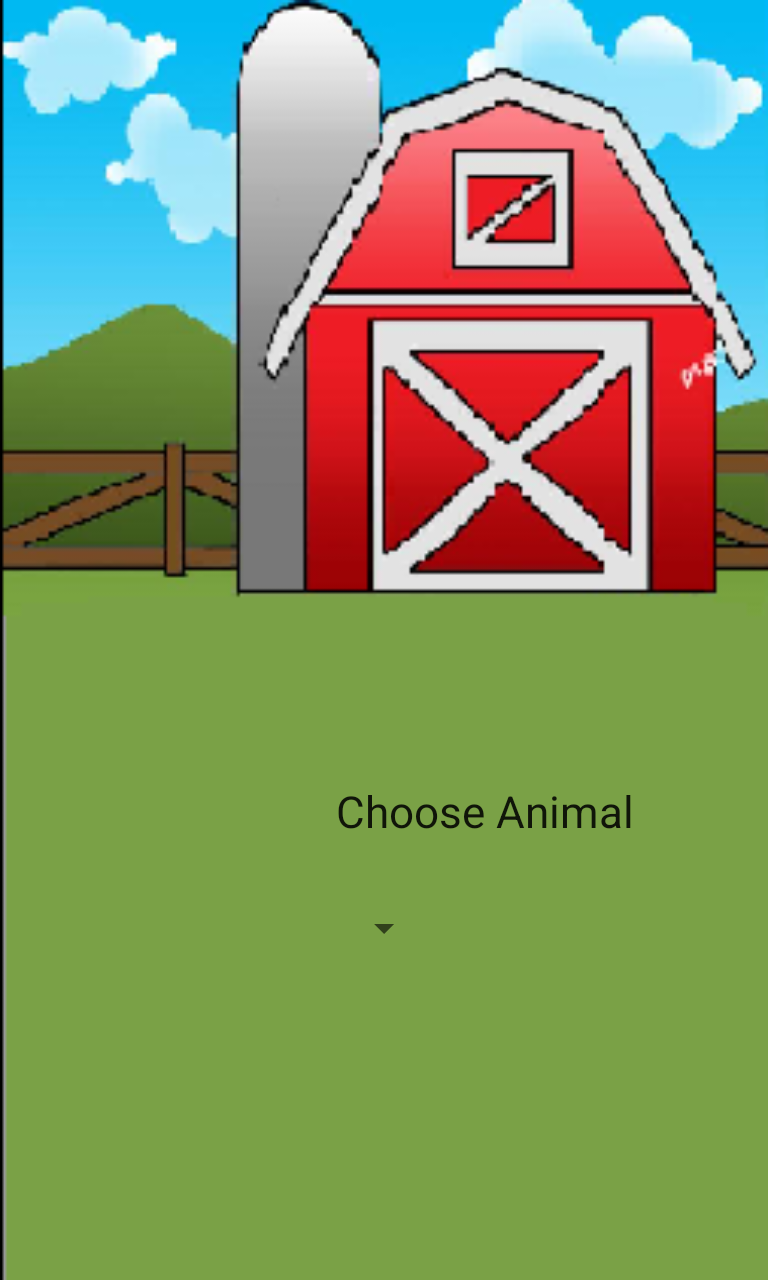
Repository: jdmielke/AnimalApp
Layout: AWEA/res/layout/activity_main.xml
These files come from the project's save history. The layout is drawn as it stood at one moment and after the next save; the edit follows.
It is drawn on a 768 x 1280 px phone screen (xhdpi) without system bars, with theme AppTheme; the app's code is not run.

Above is the layout before, as saved 2014-10-15 23:31:07.

After the next save:
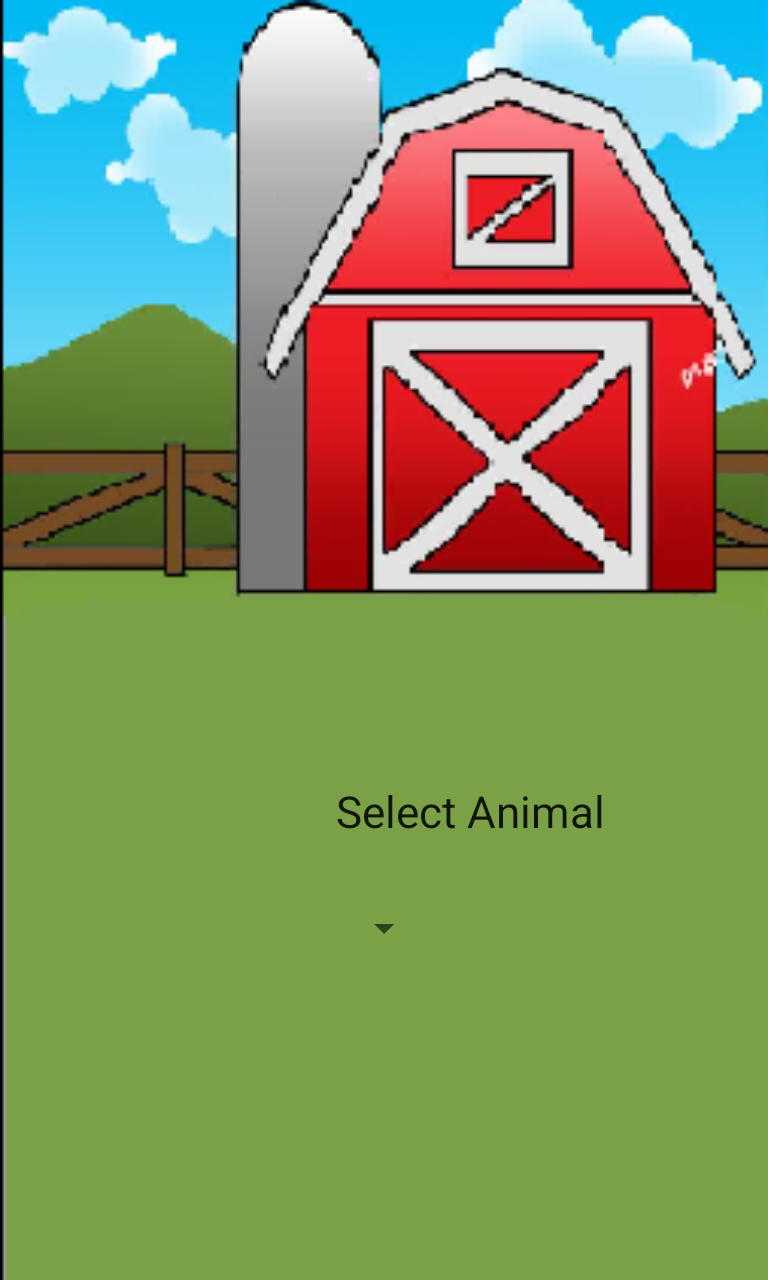
Saved 11 s later.
--- a/AWEA/res/layout/activity_main.xml
+++ b/AWEA/res/layout/activity_main.xml
@@ -16,7 +16,7 @@
         android:layout_alignBottom="@+id/spinner1"
         android:layout_alignLeft="@+id/spinner1"
         android:layout_marginBottom="56dp"
-        android:text="Choose Animal"
+        android:text="Select Animal"
         android:textAppearance="?android:attr/textAppearanceLarge" />
 
     <Spinner
